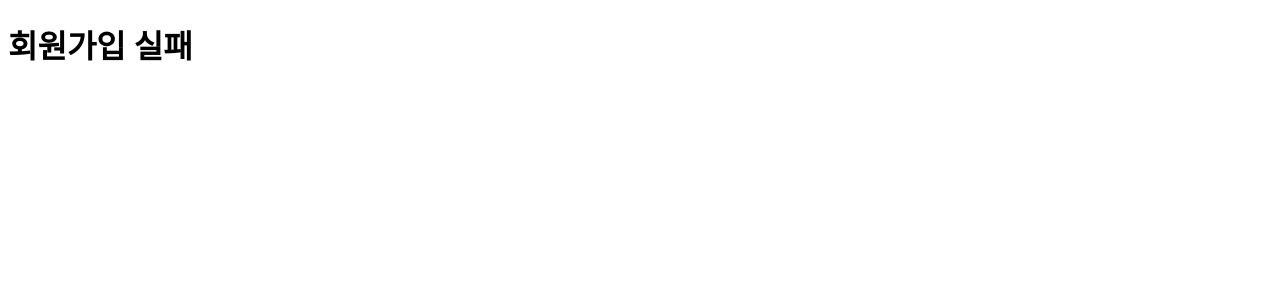
Repository: bbookk1104/spring-workspace
Page: http://localhost/02_SpringMVC_CRUD/join.do
The author's editor kept a copy of each file at every save. The page is drawn from the files as they stood at one save, then again after the next save.
The browser window is 1280 px wide. The pictures show the whole page.
The page is served by Tomcat 9. Queries for data that is not in the repository find no rows.

Above is the page before, as saved 2022-10-04 05:53:31.

After the next save:
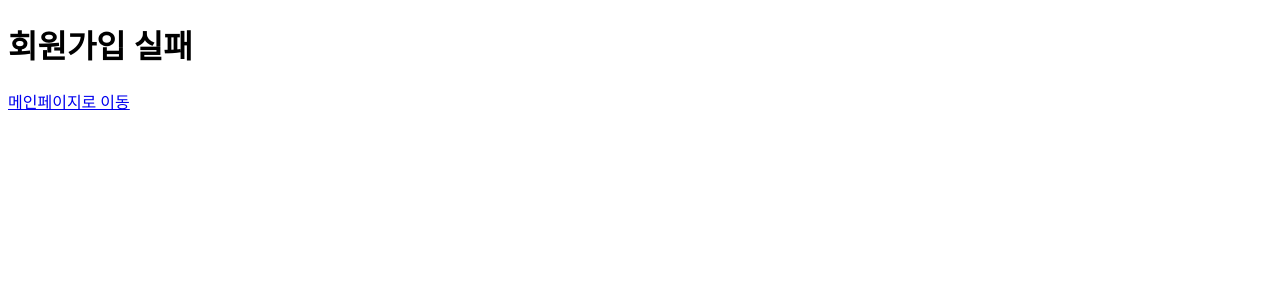
Saved 11 s later.
--- a/02_SpringMVC_CRUD/src/main/webapp/WEB-INF/views/member/joinFail.jsp
+++ b/02_SpringMVC_CRUD/src/main/webapp/WEB-INF/views/member/joinFail.jsp
@@ -8,5 +8,6 @@
 </head>
 <body>
 	<h1>회원가입 실패</h1>
+	<a href="/">메인페이지로 이동</a>
 </body>
 </html>
